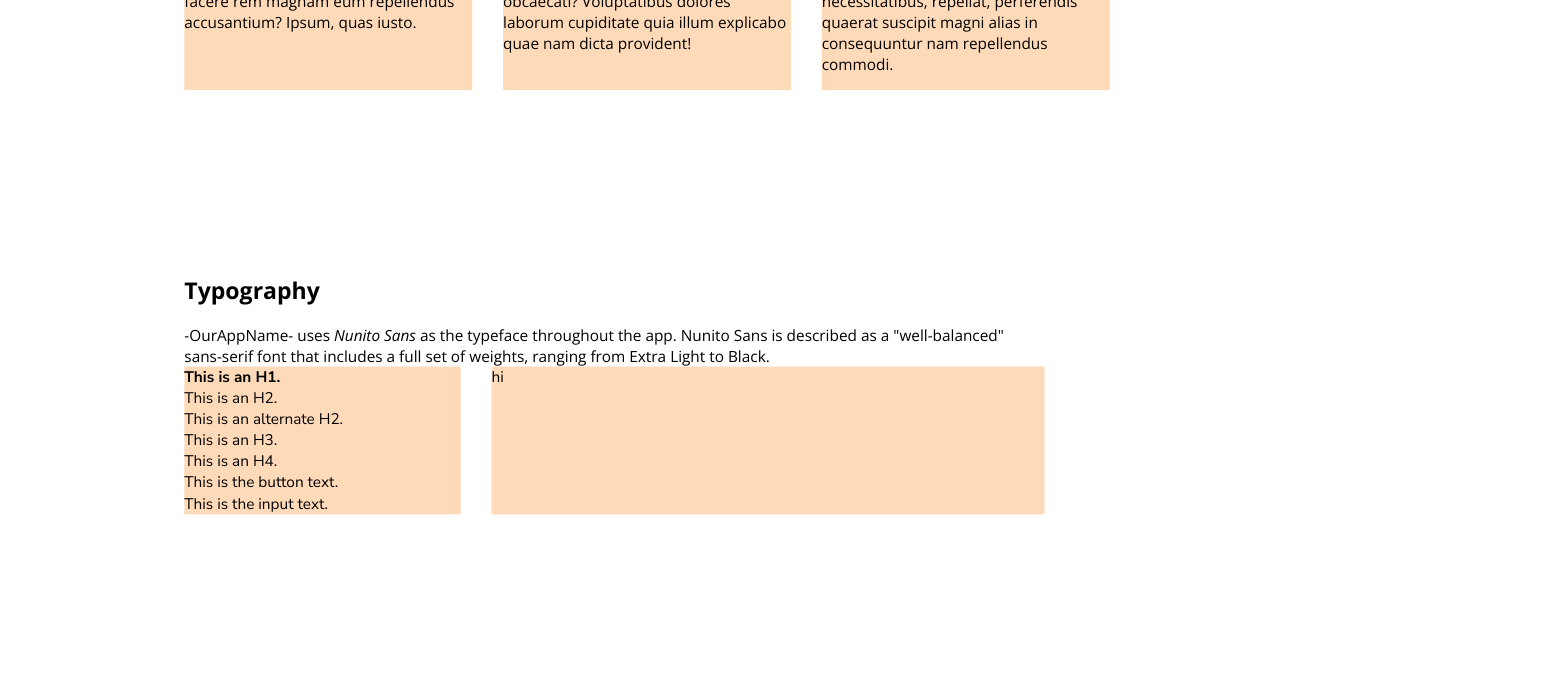
Repository: seohyun9672/Timearth-A6Styleguide
Page: page2.html
The author's editor kept a copy of each file at every save. The page is drawn from the files as they stood at one save, then again after the next save.
The browser window is 1280 px wide. The page is 1632 px wide, so the pictures cover 1632 px, including what lies to the right of the window. The pictures show the part of the page from y = 1530 to 2258 px (the page is 2258 px tall), at 96% of full size.

Above is the page before, as saved 2022-03-20 19:43:50.

### page2.html
<!DOCTYPE html>
<html lang="en">
  <head>
    <meta charset="UTF-8" />
    <meta http-equiv="X-UA-Compatible" content="IE=edge" />
    <meta name="viewport" content="width=device-width, initial-scale=1.0" />
    <title>Document</title>
    <link rel="stylesheet" href="stylesheet.css" />
  </head>

  <body>
    <ul class="navbar">
      <li><a href="/page1.html">App Name</a></li>
      <div class="navbar-active">
        <li><a href="/page1.html">Logo</a></li>
        <li><a href="/page2.html">Colour & Typography</a></li>
        <li><a href="/page3.html">Imagery & Graphics</a></li>
        <li><a href="/ref.html">Reference</a></li>
      </div>
    </ul>
    <section class="color-palette page2">
      <h1>Color Palette</h1>
      <img class="palette" src="https://placekitten.com/1440/100" />
      <div>
        <h2>Description of colour palette</h2>
        <p>
          Lorem ipsum dolor sit amet, consectetur adipisicing elit. Culpa neque
          mollitia quae asperiores ad odit vitae iste minima totam harum
          distinctio qui beatae ea ut et adipisci, excepturi at iusto
          reprehenderit reiciendis fugit fuga nisi. Eligendi ut magni adipisci
          nulla architecto reprehenderit? Nemo eos accusamus optio nobis
          distinctio veritatis eius.
        </p>
      </div>
      <div></div>
      <div class="col-2">
        <div class="col">
          <img src="https://placekitten.com/200/600" />
        </div>
        <div class="col">Lorem ipsum dolor sit amet consectetur adipisicing elit. Corrupti laudantium illo iure alias recusandae accusamus reiciendis consequatur aliquid sint veritatis modi dolores, eveniet porro tempore similique aspernatur. Quas, hic quo sed necessitatibus illum suscipit molestiae consequuntur sit provident nobis ullam repellat obcaecati ipsa quos in cumque mollitia eius ratione facilis ut libero laboriosam tempora eum sint! Nisi sapiente veritatis ad iure esse magni reprehenderit odio non perferendis, sed recusandae beatae corporis quasi ipsam assumenda unde!</div>
      </div>
      <h2>Buttons and Menus</h2>
      <div class="col-3">
        <div class="col">
          <img src="https://placekitten.com/300/200" />
          <p>
            Lorem ipsum dolor sit amet consectetur adipisicing elit. Fugit
            architecto laborum quam, unde laboriosam delectus aut facere rem
            magnam eum repellendus accusantium? Ipsum, quas iusto.
          </p>
        </div>
        <div class="col">
          <img src="https://placekitten.com/300/200" />
          <p>
            Lorem ipsum dolor sit amet, consectetur adipisicing elit. Eveniet
            laborum quisquam excepturi officiis obcaecati? Voluptatibus dolores
            laborum cupiditate quia illum explicabo quae nam dicta provident!
          </p>
        </div>
        <div class="col">
          <img src="https://placekitten.com/300/200" />
          <p>
            Lorem ipsum dolor sit amet consectetur adipisicing elit. Nemo
            consectetur veniam reprehenderit dolorem necessitatibus, repellat,
            perferendis quaerat suscipit magni alias in consequuntur nam
            repellendus commodi.
          </p>
        </div>
      </div>
    </section>
    <section class="typo page2">
      <h1>Typography</h1>
      <div>
        -OurAppName- uses <em>Nunito Sans</em> as the typeface throughout the
        app. Nunito Sans is described as a "well-balanced" sans-serif font that includes a full set of weights, ranging from Extra Light to Black.
      </div>
      <div class="col-2">
        <div class="col nunito">
            <div class="nh1">This is an H1.</div>

            <div class="nh2">This is an H2.</div>

            <div class="nh2-2">This is an alternate H2.</div>

            <div class="nh3">This is an H3.</div>

            <div class="nh4">This is an H4.</div>

            <div class="nbtn">This is the button text.</div>

            <div class="ninput">This is the input text.</div>
        </div>
        <div class="col nunito">hi</div>
      </div>
    </section>
  </body>
</html>

### stylesheet.css
/* import fonts */
@import url('https://fonts.googleapis.com/css2?family=Nunito+Sans:ital,wght@0,200;0,300;0,400;0,600;0,700;0,800;0,900;1,200;1,300;1,400;1,600;1,700;1,800;1,900&family=Open+Sans:ital,wght@0,300;0,400;0,500;0,600;0,700;0,800;1,300;1,400;1,500;1,600;1,700;1,800&display=swap');

body{
    margin: 0;
    font-family: 'open sans', san-serif;
  }

/* NAVBAR */

ul {
  list-style-type: none;
  margin: 0;
  padding: 0;
  overflow: hidden;
  background-color: #333;
}

li {
  float: left;
}

li a {
  display: block;
  color: white;
  text-align: center;
  padding: 14px 16px;
  text-decoration: none;
}

li a:hover {
  background-color: #111;
}

.navbar-active{
    float: right;
}

/* LOGO */

.section-logo {
    display: flex;
    flex-direction: column;
    justify-content: flex-start;
    align-items: center;
}

.logo-description {
    display: flex;
}
.logo-variation {
    display: flex;
    justify-content: space-evenly;
}

.logo-colourpalette {
    display: flex;
    width: 100%;
    justify-content: space-between;
}

.section-cont {
    width: 940px;
}
.colour-cont {
    display: flex;
    flex-direction: column;
}
.colour-name {
    font-weight: bold;
}

.logo-typography {
    display: flex;
}

.logo-usage {
    display: flex;
    flex-direction: column;
}

.logo-usage-desc {
    display: flex;
}

.section-cont colour {
    display: flex;
}

/* page 2 */

.page2 {
    margin:12em;
}
.col-3 {
    display:grid;
    grid-template-columns: 1fr 1fr 1fr;
    grid-gap:2em;
}
.col-2 {
    display:grid;
    grid-template-columns: 1fr 2fr;
    grid-gap:2em;
}
.col-2-half {
    display:grid;
    grid-template-columns: 1fr 1fr;
    grid-gap:2em;
}
.col {
    background-color:peachpuff;
}
.nunito {
    font-family: 'nunito sans', Arial, Helvetica, sans-serif;
}
.nh1 {
    font-weight: bold;
}

After the next save:
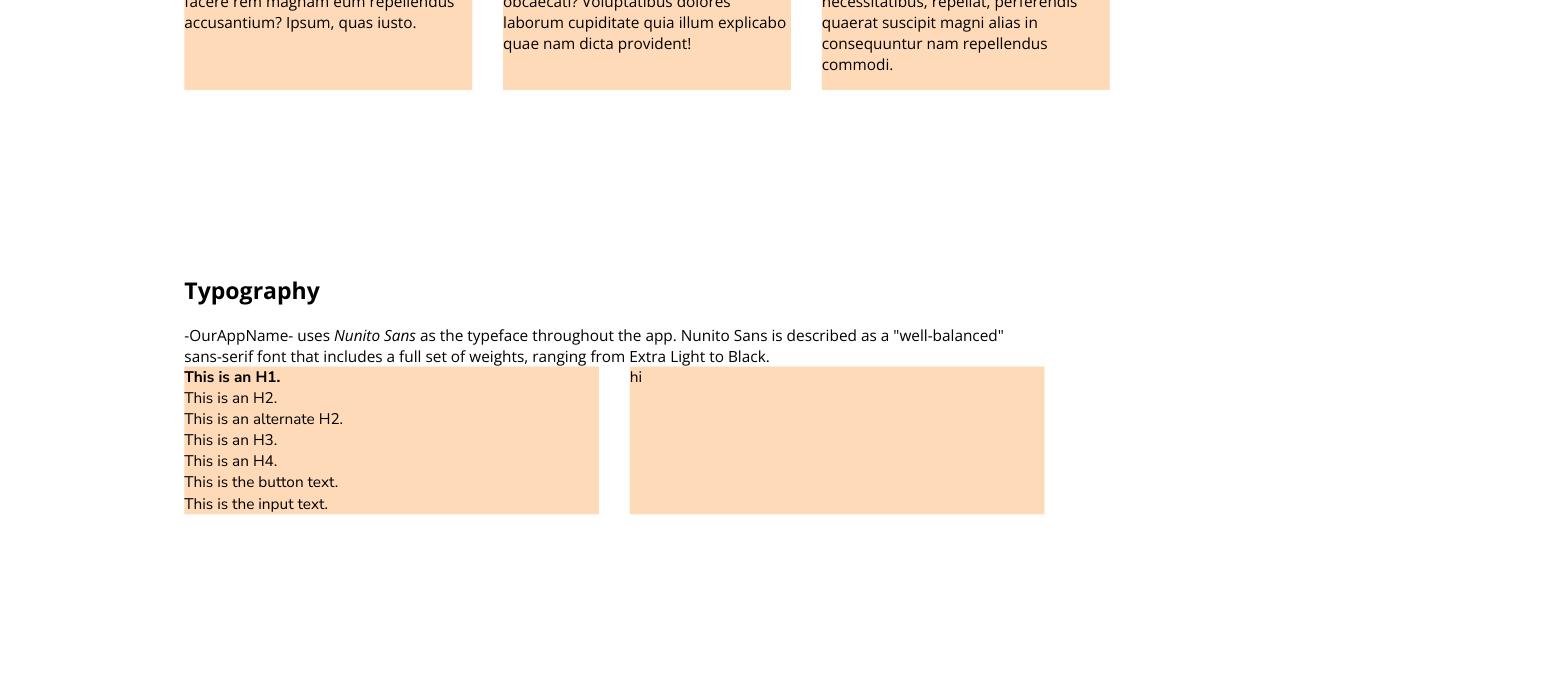
Saved 8 s later.
--- a/page2.html
+++ b/page2.html
@@ -74,7 +74,7 @@
         -OurAppName- uses <em>Nunito Sans</em> as the typeface throughout the
         app. Nunito Sans is described as a "well-balanced" sans-serif font that includes a full set of weights, ranging from Extra Light to Black.
       </div>
-      <div class="col-2">
+      <div class="col-2-half">
         <div class="col nunito">
             <div class="nh1">This is an H1.</div>
 
